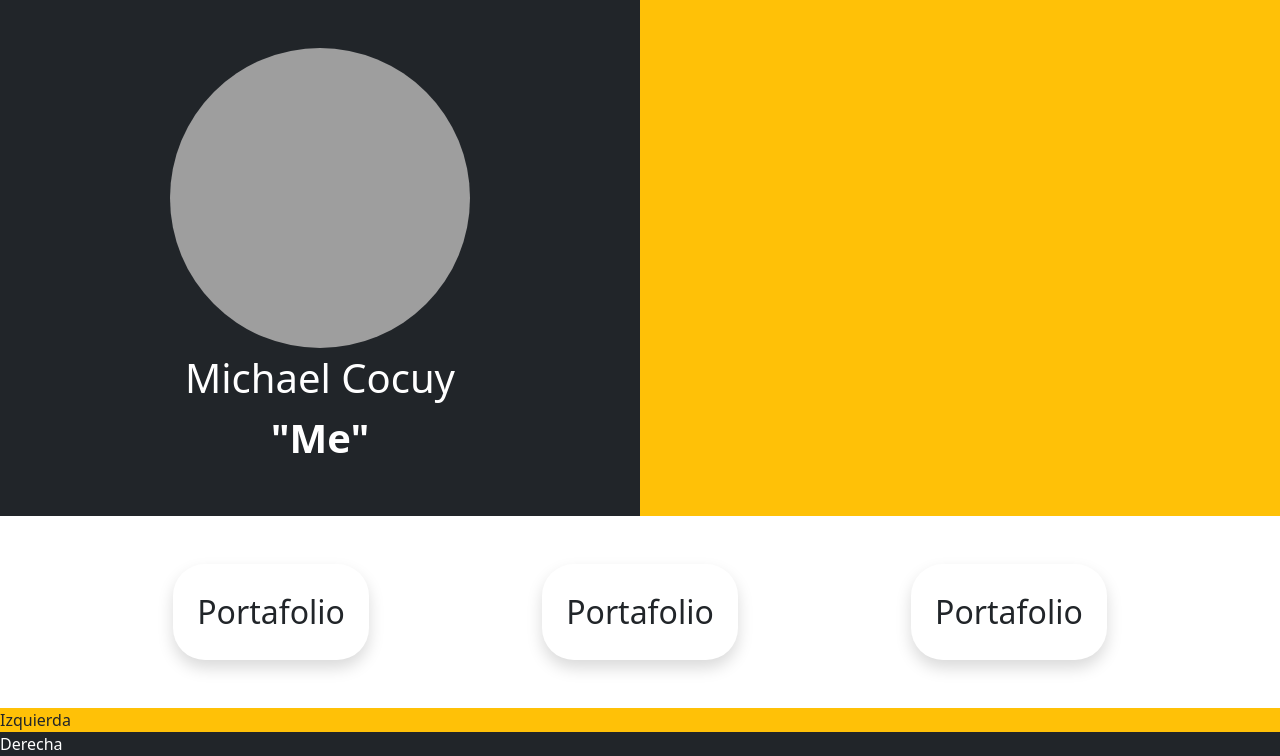
Repository: TzStrikerYT/Dise-o-web-NA00
Page: Proyecto_personal/index.html
An editor plug-in stored every save of this project. The page is shown before and after the next save, followed by the edit.
The browser window is 1280 px wide. The pictures show the whole page.
Pictures or frames that could not be fetched are drawn as grey boxes.

Above is the page before, as saved 2024-08-30 20:52:57.

After the next save:
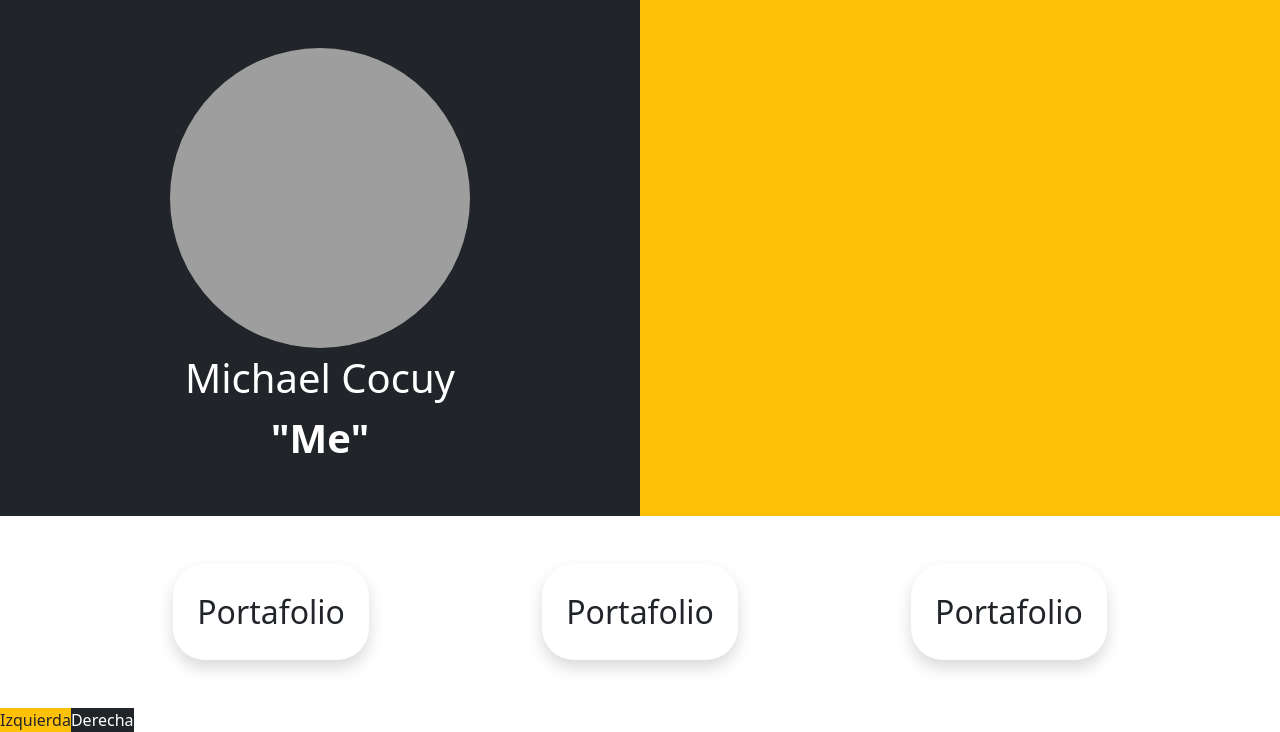
Saved 20 s later.
--- a/Proyecto_personal/index.html
+++ b/Proyecto_personal/index.html
@@ -38,7 +38,7 @@
 
     </div>
 
-    <section>
+    <section class="d-flex">
 
       <div class="bg-warning">Izquierda</div>
       <div class="bg-dark text-white">Derecha</div>
